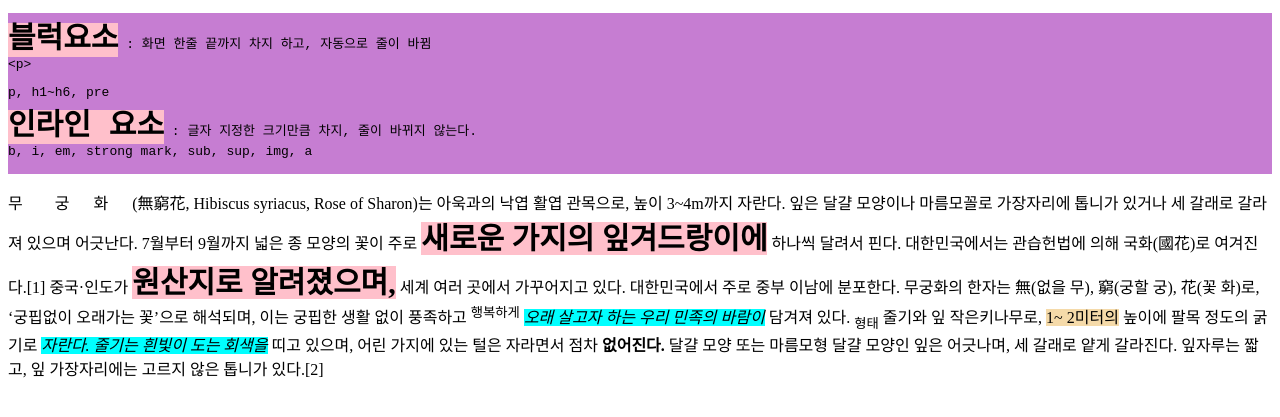
Repository: sH1222J/SH_DDit_WEB_study
Page: workspace/webpro/src/main/webapp/0304/텍스트서식.html
These files come from the project's save history. The page is drawn as it stood at one moment and after the next save; the edit follows.
The browser window is 1280 px wide. The pictures show the whole page.

Above is the page before, as saved 2025-03-04 03:48:13.

After the next save:
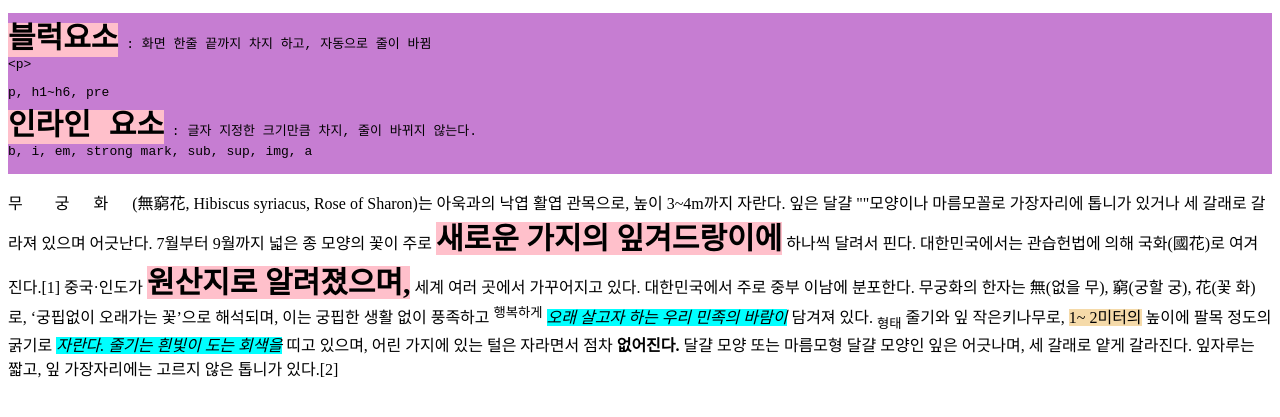
Saved 62 s later.
--- a/workspace/webpro/src/main/webapp/0304/텍스트서식.html
+++ b/workspace/webpro/src/main/webapp/0304/텍스트서식.html
@@ -43,7 +43,7 @@ b, i, em, strong mark, sub, sup, img, a
 		무&nbsp;&nbsp;&nbsp;&nbsp;&nbsp;&nbsp;&nbsp;
 		궁&nbsp;&nbsp;&nbsp;&nbsp;&nbsp;
 		화&nbsp;&nbsp;&nbsp;&nbsp;&nbsp;&nbsp;(無窮花, Hibiscus syriacus, Rose of Sharon)는 아욱과의 낙엽 활엽 관목으로, 높이
-		3~4m까지 자란다. 잎은 달걀 모양이나 마름모꼴로 가장자리에 톱니가 있거나 세 갈래로 갈라져 있으며 어긋난다. 7월부터
+		3~4m까지 자란다. 잎은 달걀 ""모양이나 마름모꼴로 가장자리에 톱니가 있거나 세 갈래로 갈라져 있으며 어긋난다. 7월부터
 		9월까지 넓은 종 모양의 꽃이 주로 <b>새로운 가지의 잎겨드랑이에</b> 하나씩 달려서 핀다. 대한민국에서는 관습헌법에 의해
 		국화(國花)로 여겨진다.[1] 중국·인도가 <strong>원산지로 알려졌으며,</strong> 세계 여러 곳에서 가꾸어지고
 		있다. 대한민국에서 주로 중부 이남에 분포한다. 무궁화의 한자는 無(없을 무), 窮(궁할 궁), 花(꽃 화)로, ‘궁핍없이
